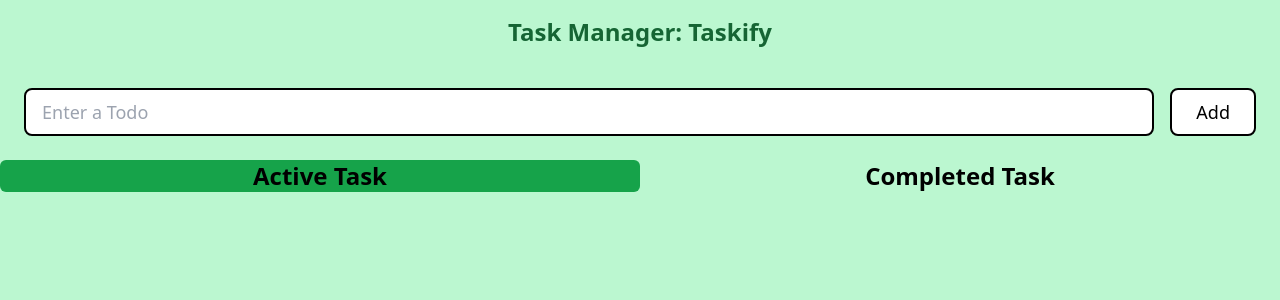
Repository: Dineshbhandari2023/Todo
Page: /
An editor plug-in stored every save of this project. The page is shown before and after the next save, followed by the edit.
The browser window is 1280 px wide. The pictures show the whole page.
Some web fonts or font styles are not loaded; a fallback is used. The project was rebuilt for these pictures with package versions that can differ from the ones it lists, and the page was loaded fresh each time. Also part of the build but not shown: src/Components/SingleTodo.tsx.

Above is the page before, as saved 2025-06-19 22:01:49.

### src/App.tsx
import React, { useState } from "react";
import "./App.css";
import InputFields from "./Components/InputFields";
import { Todo } from "./model";
import TodoList from "./Components/TodoList";

// //Learning Types
// let name: string;
// let age: number;
// let hobbies: string[];
// let role: [number, number, string];

// // Objects Can be defined using: types or interface
// type Animal = {
//   name: string;
//   age: number;
//   color?: string;
// };

// let myAnimal: Animal = {
//   name: "Dog",
//   age: 3,
//   color: "Brown",
// };

// let Animals: Animal[];

// //defining function in ts
// function printAnything(Animal: string) {
//   console.log(Animal);
// }

// printAnything("DOG");

const App: React.FC = () => {
  const [todo, setTodo] = useState<string>("");
  const [todos, setTodos] = useState<Todo[]>([]);

  const handleAdd = (e: React.FormEvent) => {
    e.preventDefault();
    if (todo) {
      setTodos([...todos, { id: Date.now(), todo: todo, isDone: false }]);
      setTodo("");
    }
  };
  console.log(todos);

  return (
    <div className="bg-green-200 h-screen">
      <h1 className="font-extrabold text-center text-green-800 text-2xl p-4">
        Task Manager: Taskify
      </h1>
      <InputFields todo={todo} setTodo={setTodo} handleAdd={handleAdd} />
      <TodoList todos={todos} setTodos={setTodos} />
    </div>
  );
};

export default App;

### src/App.css
@import url("https://fonts.googleapis.com/css2?family=Montserrat:ital@0;1&family=Savate:ital,wght@0,200..900;1,200..900&display=swap");

.App {
  text-align: center;
  font-family: "Montserrat", sans-serif;
}

### src/Components/InputFields.tsx
import React, { useRef } from "react";

interface Props {
  todo: string;
  setTodo: React.Dispatch<React.SetStateAction<string>>;
  handleAdd: (e: React.FormEvent) => void;
}

const InputFields = ({ todo, setTodo, handleAdd }: Props) => {
  const inputRef = useRef<HTMLInputElement>(null);
  return (
    <form
      className="flex gap-4 m-6"
      onSubmit={(e) => {
        handleAdd(e);
        inputRef.current?.blur();
      }}
    >
      <input
        ref={inputRef}
        type="text"
        value={todo}
        onChange={(e) => setTodo(e.target.value)}
        placeholder="Enter a Todo"
        className="flex-1 px-4 py-2 border-2 border-black rounded-lg text-lg focus:outline-none focus:ring-2 focus:ring-blue-500"
      />
      <button
        className="px-6 py-2 bg-white border-2 border-black rounded-lg text-lg font-medium hover:bg-blue-600 focus:outline-none focus:ring-2 focus:ring-blue-500"
        type="submit"
      >
        Add
      </button>
    </form>
  );
};

export default InputFields;

### src/Components/TodoList.tsx
import React from "react";
import { Todo } from "../model";
import SingleTodo from "./SingleTodo";

interface Props {
  todos: Todo[];
  setTodos: React.Dispatch<React.SetStateAction<Todo[]>>;
}

const TodoList = ({ todos, setTodos }: Props) => {
  return (
    <div className="flex justify-between">
      <div className="w-2/4 bg-green-600 rounded-md">
        <h1 className="text-center text-2xl font-extrabold">Active Task</h1>
        <div>
          {todos.map((todo) => (
            <SingleTodo
              todo={todo}
              key={todo.id}
              todos={todos}
              setTodos={setTodos}
            />
          ))}
        </div>
      </div>
      <div className="w-2/4">
        <h1 className="text-center text-2xl font-extrabold">Completed Task</h1>
        <div>
          {todos.map((todo) => (
            <SingleTodo
              todo={todo}
              key={todo.id}
              todos={todos}
              setTodos={setTodos}
            />
          ))}
        </div>
      </div>
    </div>
  );
};

export default TodoList;

Loaded but not shown: public/index.html (common file); src/index.tsx (common file); src/index.css (common file); tailwind.config.js (common file)

After the next save:
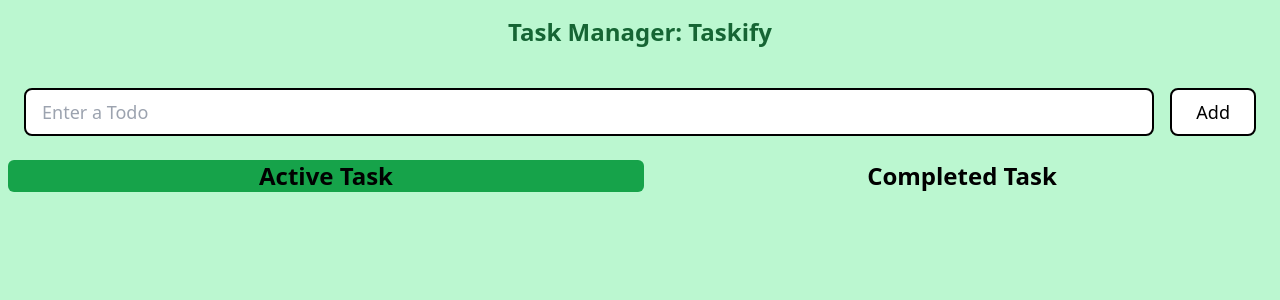
Saved 8 s later.
--- a/src/Components/TodoList.tsx
+++ b/src/Components/TodoList.tsx
@@ -10,7 +10,7 @@ interface Props {
 const TodoList = ({ todos, setTodos }: Props) => {
   return (
     <div className="flex justify-between">
-      <div className="w-2/4 bg-green-600 rounded-md">
+      <div className="w-2/4 bg-green-600 rounded-md ml-2">
         <h1 className="text-center text-2xl font-extrabold">Active Task</h1>
         <div>
           {todos.map((todo) => (
